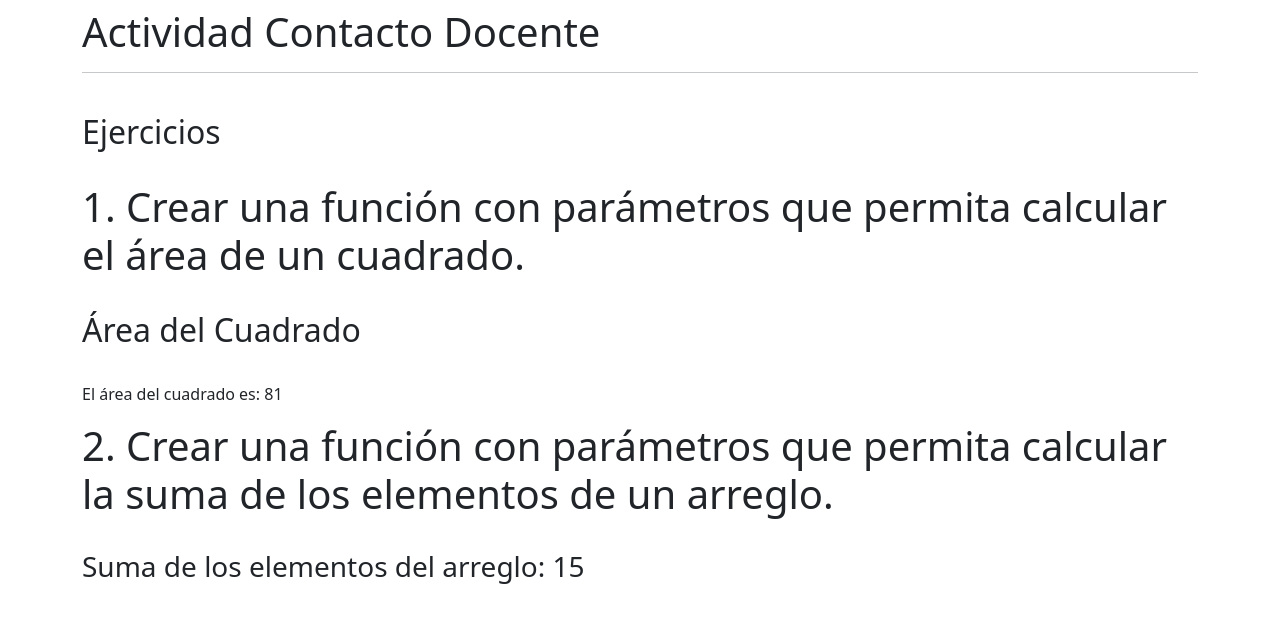
Repository: Jchimbo99/Actvidad1
Page: / (app in typescript-actividad/)
The author's editor kept a copy of each file at every save. The page is drawn from the files as they stood at one save, then again after the next save.
The browser window is 1280 px wide. The pictures show the whole page.
The project was rebuilt for these pictures with package versions that can differ from the ones it lists, and the page was loaded fresh each time. Also part of the build but not shown: typescript-actividad/vite.config.ts.

Above is the page before, as saved 2025-01-22 20:40:22.

After the next save:
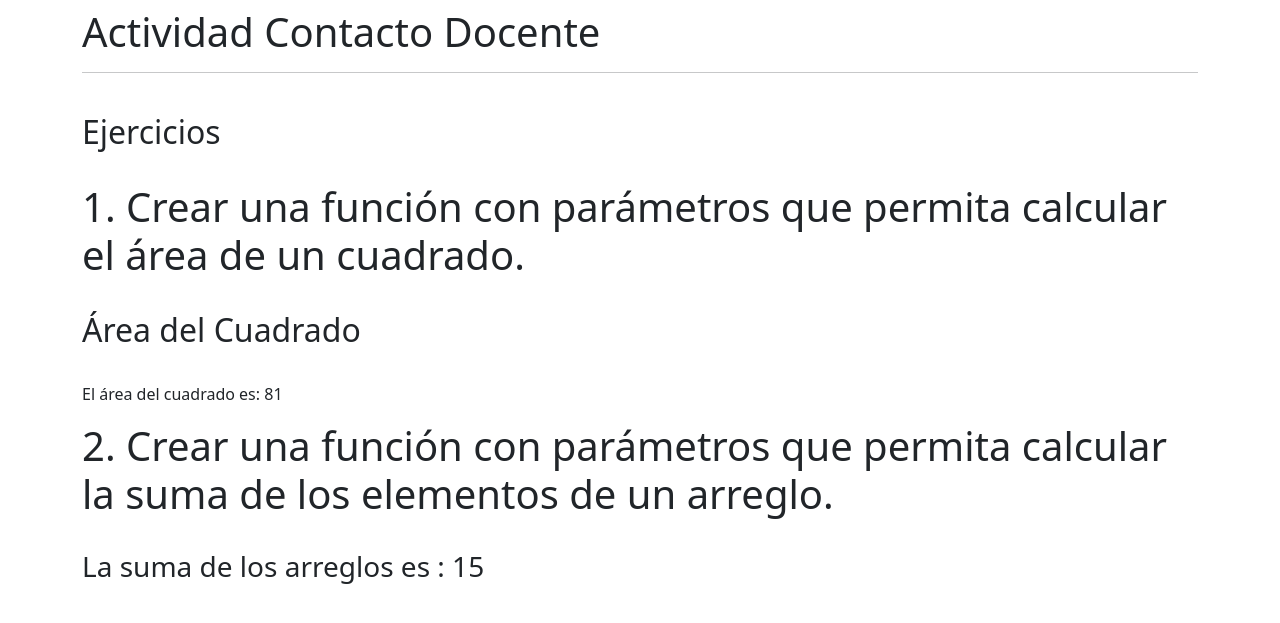
Saved 18 s later.
--- a/typescript-actividad/src/typescript/Arreglo.tsx
+++ b/typescript-actividad/src/typescript/Arreglo.tsx
@@ -6,7 +6,7 @@ export const Arreglo = () => {
         <div>
             <h1>2. Crear una función con parámetros que permita calcular la suma de los elementos de un arreglo.</h1>
             <br />
-            <h3>Suma de los elementos del arreglo: {suma}</h3>
+            <h3>La suma de los arreglos es : {suma}</h3>
         </div>
     );
 }
